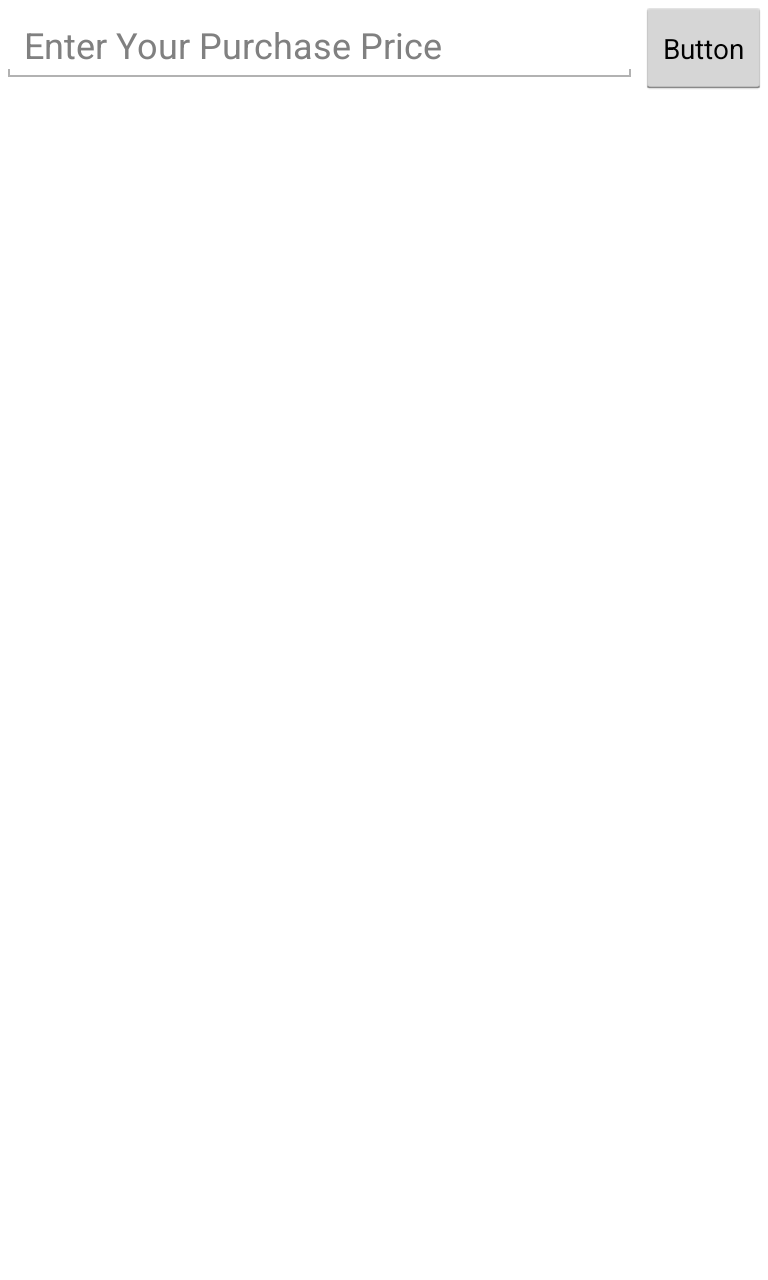
Repository: missxlian/angelHackSac
Layout: workspace/NoteHack/res/layout/fragment_section_intrate.xml
These files come from the project's save history. The layout is drawn as it stood at one moment and after the next save; the edit follows.
It is drawn on a 768 x 1280 px phone screen (xhdpi) without system bars, with theme android:Theme.Holo.Light.DarkActionBar; the app's code is not run.

Above is the layout before, as saved 2013-12-01 06:28:01.

After the next save:
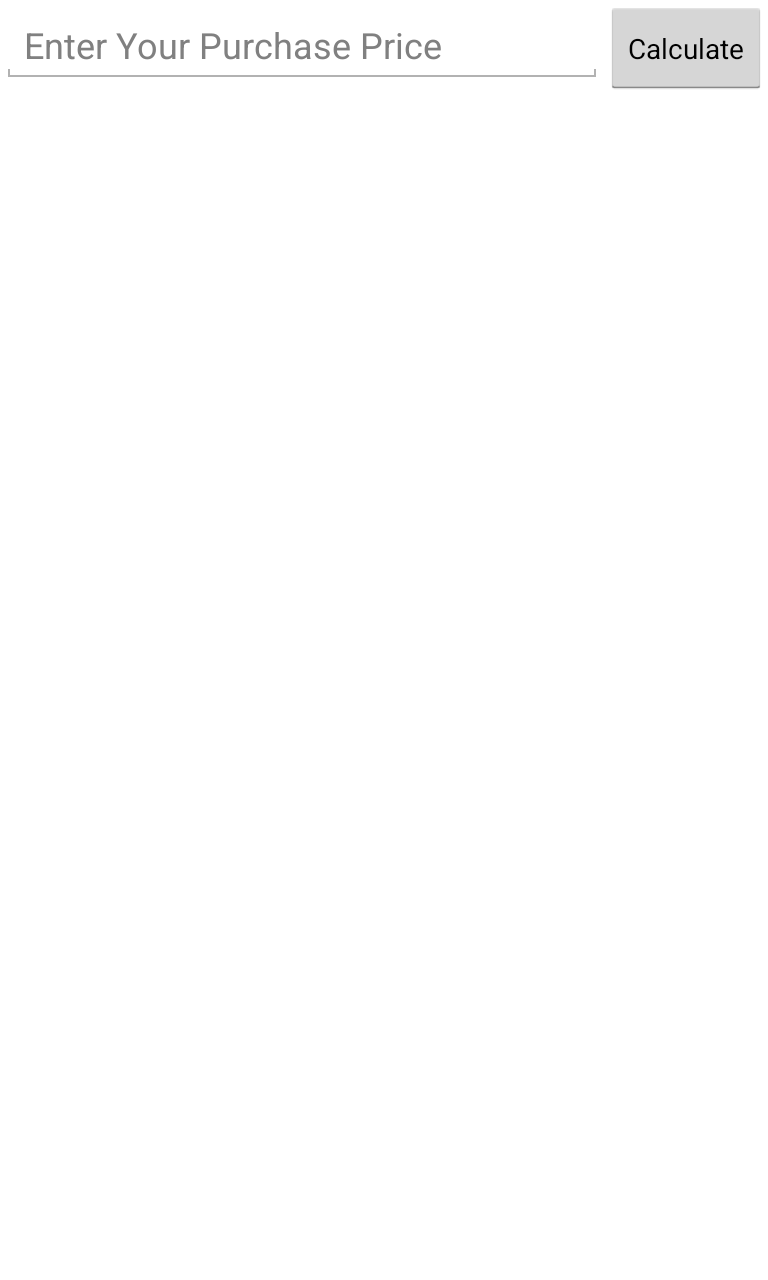
Saved 31 s later.
--- a/workspace/NoteHack/res/layout/fragment_section_intrate.xml
+++ b/workspace/NoteHack/res/layout/fragment_section_intrate.xml
@@ -13,10 +13,10 @@
         android:inputType="numberDecimal" />
 
     <Button
-        android:id="@+id/button1"
+        android:id="@+id/interestRate"
         style="?android:attr/buttonStyleSmall"
         android:layout_width="wrap_content"
         android:layout_height="wrap_content"
-        android:text="Button" />
+        android:text="Calculate" />
 
 </LinearLayout>
